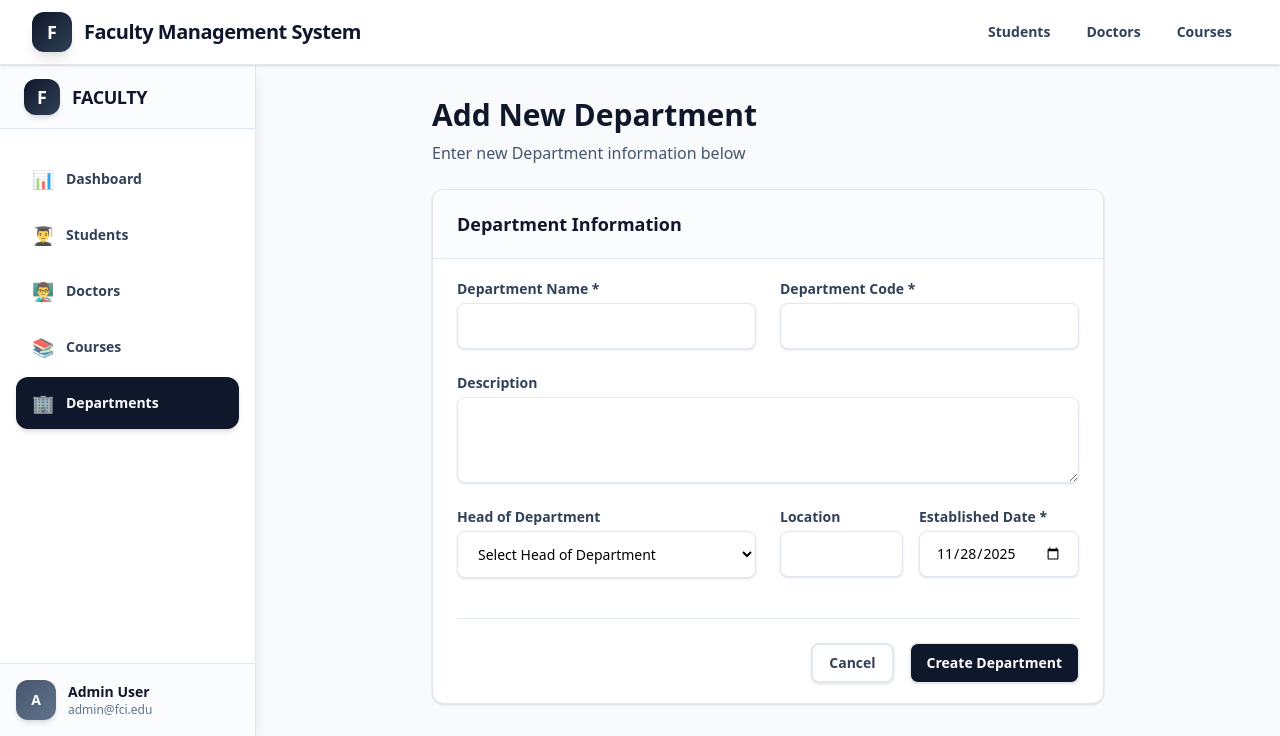
Repository: Mohamedmohsen179/Advanced-DB-Task
Page: /departments/new (app in frontend/)
An editor plug-in stored every save of this project. The page is shown before and after the next save, followed by the edit.
The browser window is 1280 px wide. The pictures show the whole page.
The page's requests for data from a server got no answer. The project was rebuilt for these pictures with package versions that can differ from the ones it lists, and the page was loaded fresh each time. The framework's server and built-in components were replaced by stand-ins that run in the browser. No one was signed in, and anything a server would have sent is missing. Also part of the build but not shown: frontend/next.config.ts.

Above is the page before, as saved 2025-11-29 01:31:33.

After the next save:
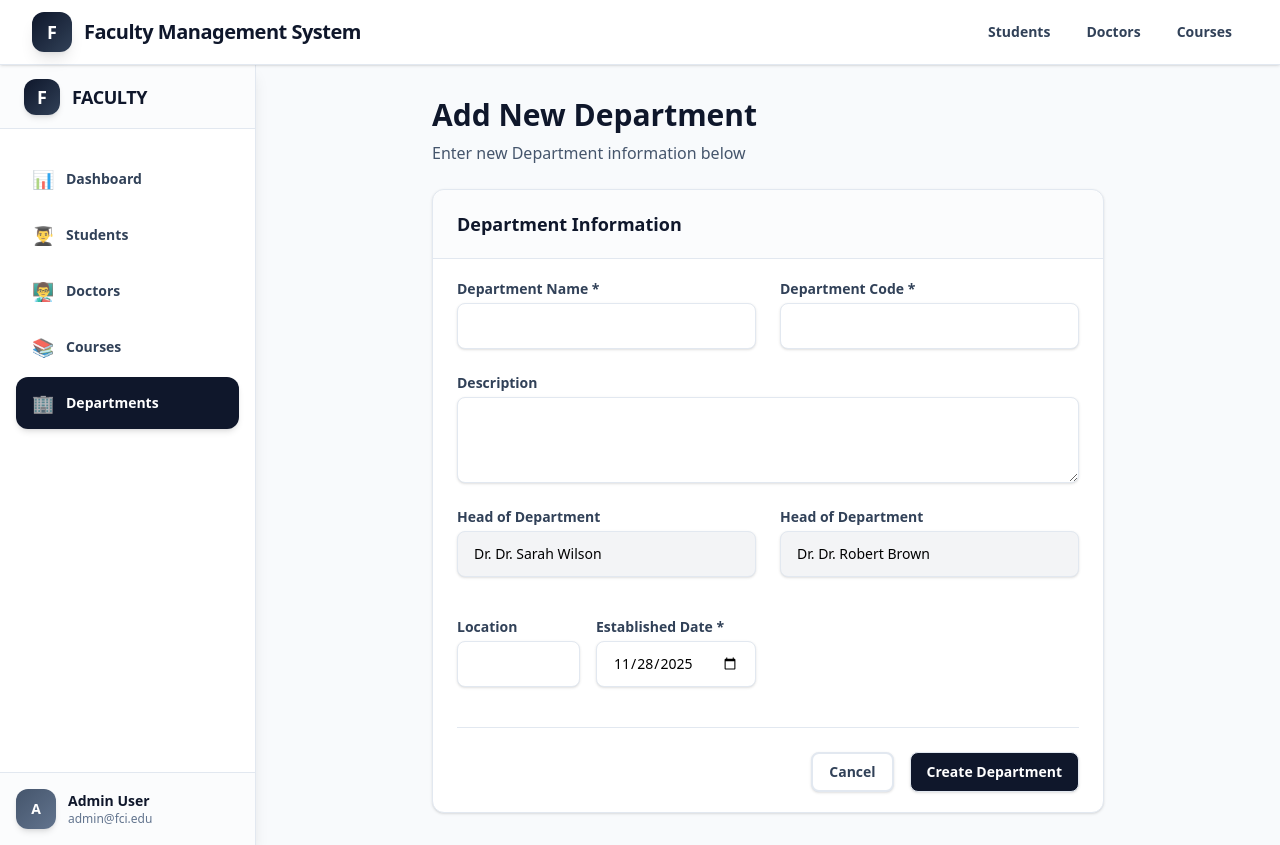
Saved 56 s later.
--- a/frontend/app/departments/new/page.tsx
+++ b/frontend/app/departments/new/page.tsx
@@ -143,28 +143,22 @@ export default function NewDepartmentPage() {
                 />
               </div>
 
-              {/* Head of Department - full width row */}
-              <div className="mb-4">
-                <label htmlFor="headOfDepartmentId" className="block text-sm font-semibold text-slate-700">
-                  Head of Department
-                </label>
-                <select
-                  id="headOfDepartmentId"
-                  name="headOfDepartmentId"
-                  value={formData.headOfDepartmentId || ''}
-                  onChange={handleInputChange}
-                  className="text-black mt-1 block w-full border border-slate-300 rounded-lg px-4 py-3 text-sm focus:outline-none focus:ring-2 focus:ring-slate-500 focus:border-slate-500 transition-all duration-200 bg-white shadow-sm"
-                >
-                  <option value="">Select Head of Department</option>
-                  {doctors.map(doctor => (
-                    <option key={doctor.id} value={doctor.id}>
-                      Dr. {doctor.firstName} {doctor.lastName}
-                    </option>
-                  ))}
-                </select>
-              </div>
-
-              {/* Location and Established Date - same row */}
+              {/* Head of Department - each doctor in a separate row */}
+              {doctors.map((doctor) => (
+                <div className="mb-4" key={doctor.id}>
+                  <label className="block text-sm font-semibold text-slate-700">
+                    Head of Department
+                  </label>
+                  <input
+                    type="text"
+                    readOnly
+                    value={`Dr. ${doctor.firstName} ${doctor.lastName}`}
+                    className="text-black mt-1 block w-full border border-slate-300 rounded-lg px-4 py-3 text-sm bg-gray-100 shadow-sm"
+                  />
+                </div>
+              ))}
+
+              {/* Location and Established Date on the same row */}
               <div className="flex gap-4 mb-4">
                 <div className="flex-1">
                   <label htmlFor="location" className="block text-sm font-semibold text-slate-700">
